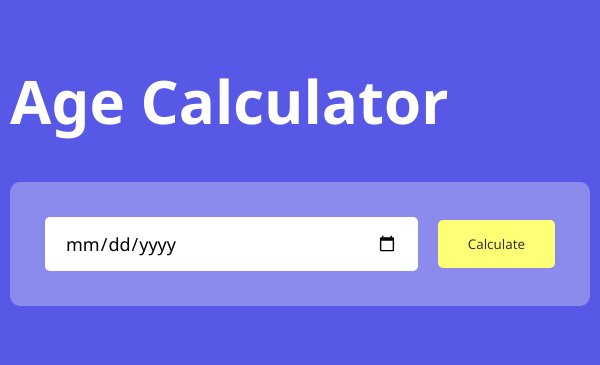
Repository: Thamayanthi-Narayanan/Age-Calculator
Page: index.html
The author's editor kept a copy of each file at every save. The page is drawn from the files as they stood at one save, then again after the next save.
The browser window is 600 px wide. The pictures show the whole page.

Above is the page before, as saved 2025-05-23 15:10:45.

After the next save:
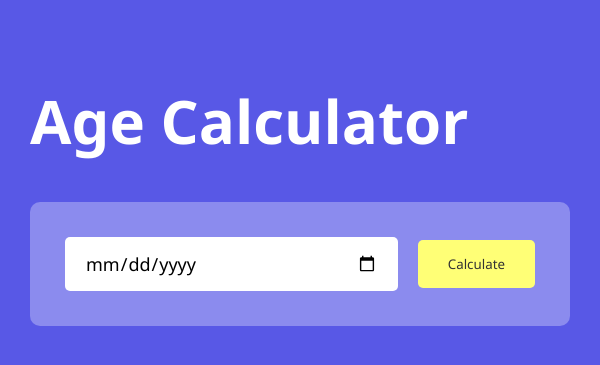
Saved 7 s later.
--- a/style.css
+++ b/style.css
@@ -74,6 +74,7 @@
     .calculator{
         margin-left: 0;
         margin-top: 50px;
-        pa
+        padding: 20px;
     }
+
 }
